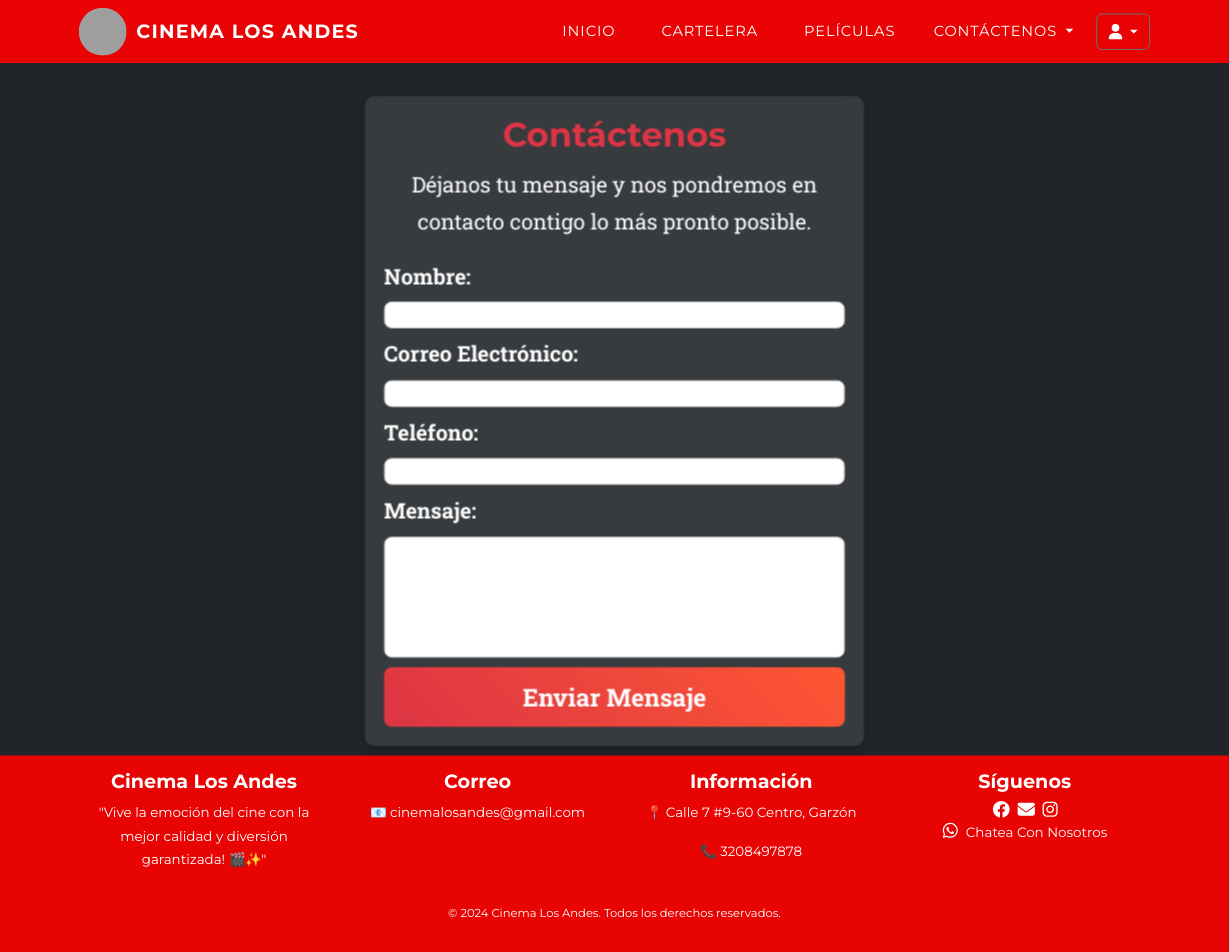
Repository: FelipeADSO/PROYECTO-SENA-FINAL
Page: cinema/templates/contactenos.html
An editor plug-in stored every save of this project. The page is shown before and after the next save, followed by the edit.
The browser window is 1280 px wide. The pictures show the whole page, at 96% of full size.
Pictures or frames that could not be fetched are drawn as grey boxes. Some web libraries are served in a nearby version. The template is drawn by Django 5.2. The application's start-up code is not run. Other server files are loaded and not shown. The template is opened directly, without the code that normally fills it, so the values that code supplies are empty.

Above is the page before, as saved 2025-03-06 07:19:19.

### cinema/templates/contactenos.html
{% extends "base.html" %}
{% load static %}

{% block title %}Contáctenos{% endblock %}

{% block content %}
<link href="{% static 'css/style.css' %}" rel="stylesheet"/>
<style>
    .contacto-container {
        max-width: 520px;
        margin: 60px auto 10px;
        padding: 20px;
        background: rgba(255, 255, 255, 0.1);
        backdrop-filter: blur(10px);
        border-radius: 10px;
        box-shadow: 0 4px 10px rgba(0, 0, 0, 0.2);
        text-align: center;
        margin-top: 100px;
    }

    .contacto-container h2 {
        font-size: 2.2rem;
        color: #dc3545;
        margin-bottom: 10px;
    }

    .contacto-container p {
        font-size: 1.4rem;
        color: #333;
        margin-bottom: 20px;
    }

    form {
        display: flex;
        flex-direction: column;
        gap: 10px;
    }

    label {
        font-size: 1.4rem;
        font-weight: bold;
        color: #333;
        text-align: left;
    }

    input, textarea {
        width: 100%;
        border: 1px solid #ccc;
        border-radius: 8px;
        font-size: 1rem;
    }

    textarea {
        resize: none;
    }

    .btn-submit {
        padding: 12px;
        background: linear-gradient(45deg, #dc3545, #ff5733);
        color: white;
        border: none;
        font-size: 1.6rem;
        font-weight: bold;
        border-radius: 8px;
        cursor: pointer;
        transition: all 0.3s ease;
    }

    .btn-submit:hover {
        transform: scale(1.05);
        box-shadow: 0 4px 10px rgba(255, 87, 51, 0.5);
    }

    .alertas {
        margin-bottom: 20px;
    }

    .alert {
        padding: 12px;
        border-radius: 5px;
        font-size: 1.4rem;
        font-weight: bold;
    }

    .alert.success {
        background-color: rgba(255, 0, 0, 0.9);
        color: white;
    }

    .alert.error {
        background-color: #dc3545;
        color: white;
    }
</style>

<main class="contacto-container">
    <h2>Contáctenos</h2>
    <p style="color: white;">Déjanos tu mensaje y nos pondremos en contacto contigo lo más pronto posible.</p>

    {% if messages %}
        <div class="alertas">
            {% for message in messages %}
                <div class="alert {{ message.tags }}">{{ message }}</div>
            {% endfor %}
        </div>
    {% endif %}

    <form action="{% url 'contactenos' %}" method="POST">
        {% csrf_token %}
        <label for="nombre" style="color: white;">Nombre:</label>
        <input type="text" id="nombre" name="nombre" required>

        <label for="email" style="color: white;">Correo Electrónico:</label>
        <input type="email" id="email" name="email" required>

        <label for="telefono" style="color: white;">Teléfono:</label>
        <input type="tel" id="telefono" name="telefono" required>

        <label for="mensaje" style="color: white;">Mensaje:</label>
        <textarea id="mensaje" name="mensaje" rows="5" required></textarea>

        <button type="submit" class="btn-submit">Enviar Mensaje</button>
    </form>
</main>

<script src="https://cdn.jsdelivr.net/npm/swiper@9/swiper-bundle.min.js"></script>
<script src="https://cdn.jsdelivr.net/npm/bootstrap@5.2.3/dist/js/bootstrap.bundle.min.js"></script>
<script src="{% static 'js/cartelera.js' %}"></script>
<script src="{% static 'js/scripts.js' %}"></script>
<script src="https://use.fontawesome.com/releases/v6.3.0/js/all.js" crossorigin="anonymous"></script>
{% endblock %}

### cinema/templates/base.html
{% load static %}
<!DOCTYPE html>
<html lang="en">
<head>
    <meta charset="utf-8" />
    <meta name="viewport" content="width=device-width, initial-scale=1, shrink-to-fit=no" />
    <meta name="description" content="" />
    <meta name="author" content="" />
    <title>Cinema Los Andes</title>

    <link rel="shortcut icon" type="image/x-icon" href="{% static '/static/imagenes/Logo.jpeg' %}">
    <link href="https://cdn.jsdelivr.net/npm/bootstrap@5.2.3/dist/css/bootstrap.min.css" rel="stylesheet">
    <link href="https://fonts.googleapis.com/css?family=Montserrat:400,700" rel="stylesheet" type="text/css" />
    <link href="https://fonts.googleapis.com/css?family=Roboto+Slab:400,100,300,700" rel="stylesheet" type="text/css" />
    <link href="https://cdnjs.cloudflare.com/ajax/libs/font-awesome/6.0.0/css/all.min.css" rel="stylesheet">

    <link href="{% static 'css/style.css' %}" rel="stylesheet"/>
    <style>
        .dropdown-menu {
    background-color: red !important; /* Fondo rojo */
}

.dropdown-menu .dropdown-item {
    color: white !important; /* Texto en blanco */
}

.dropdown-menu .dropdown-item:hover {
    background-color: darkred !important; /* Color más oscuro al pasar el mouse */
}
    </style>
    {% block style %} {% endblock %}
</head>

<body class="bg-dark text-white d-flex flex-column min-vh-100">

    <!-- MENÚ NAVBAR REDUCIDO -->
    <nav class="navbar navbar-expand-lg navbar-dark fixed-top" id="mainNav"
    style="background-color: rgba(255, 0, 0, 0.9); font-size: 11px; padding: 8px 0;">
    <div class="container d-flex align-items-center justify-content-between">
        <div class="d-flex align-items-center">
            <a href="{% url 'inicio' %}">
                <img src="{% static 'imagenes/logo.jpeg' %}" alt="Logo"
                    style="width: 50px; height: 50px; margin-right: 10px; border-radius: 50px;">
            </a>
            <a class="navbar-brand fw-bold text-white" style="font-size: 20px;" href="{% url 'inicio' %}">
                Cinema Los Andes
            </a>
        </div>

        <button class="navbar-toggler" type="button" data-bs-toggle="collapse" data-bs-target="#navbarResponsive"
            aria-controls="navbarResponsive" aria-expanded="false" aria-label="Toggle navigation">
            <i class="fas fa-bars ms-1"></i>
        </button>

        <div class="collapse navbar-collapse" id="navbarResponsive">
            <ul class="navbar-nav ms-auto text-uppercase align-items-center">
                <li class="nav-item"><a class="nav-link px-3" href="{% url 'inicio' %}">Inicio</a></li>
                <li class="nav-item"><a class="nav-link px-3" href="{% url 'cartelera' %}">Cartelera</a></li>
                <li class="nav-item"><a class="nav-link px-3" href="{% url 'peliculas' %}">Películas</a></li>

                <!-- Menú Desplegable -->
                <li class="nav-item dropdown">
                    <a class="nav-link dropdown-toggle" href="#" id="dropdownMenuButton" role="button"
                       data-bs-toggle="dropdown" aria-expanded="false">
                        Contáctenos
                    </a>
                    <ul class="dropdown-menu" aria-labelledby="dropdownMenuButton">
                        <li><a class="dropdown-item" href="{% url 'somos' %}">Quienes Somos</a></li>
                        <li><a class="dropdown-item" href="{% url 'contactenos' %}">Contáctenos</a></li>
                    </ul>
                </li>

                {% if user.is_authenticated %}
                    <li class="nav-item d-flex align-items-center">
                        <span class="alert mb-0 text-white px-2 py-1 rounded" style="font-size: 14px; line-height: 1.5;">
                            ¡Bienvenido, {{ user.username }}!
                        </span>
                    </li>
                    {% with total_items=request.user.carritoitem_set.count %}
                    {% if total_items > 0 %}
                    <li class="nav-item me-3">
                        <a href="{% url 'ver_carrito' %}" class="nav-link position-relative">
                            <i class="fa-solid fa-cart-shopping"></i>
                            <span class="badge bg-danger position-absolute top-0 start-100 translate-middle">{{ total_items }}</span>
                        </a>
                    </li>
                    {% endif %}
                    {% endwith %}
                {% endif %}
            </ul>
        </div>

        <div class="dropdown ms-3">
            <a class="btn btn-outline-secondary dropdown-toggle text-white" href="#" role="button"
                id="userDropdown" data-bs-toggle="dropdown" aria-expanded="false">
                <i class="fa-solid fa-user"></i>
            </a>
            <ul class="dropdown-menu dropdown-menu-end" aria-labelledby="userDropdown">
                {% if not user.is_authenticated %}
                    <li><a class="dropdown-item" href="{% url 'login' %}">Iniciar sesión</a></li>
                    <li><a class="dropdown-item" href="{% url 'register' %}">Registrarse</a></li>
                {% else %}
                    <li><a class="dropdown-item" href="{% url 'perfil' %}">Perfil de Usuario</a></li>
                    <li>
                        <form method="post" action="{% url 'logout' %}" class="d-inline">
                            {% csrf_token %}
                            <button type="submit" class="dropdown-item">Cerrar Sesión</button>
                        </form>
                    </li>
                {% endif %}
            </ul>
        </div>
    </div>
</nav>


    <!-- CONTENIDO -->
    {% block content %}
    <div class="container my-auto">
        <!-- Aquí va el contenido de cada página -->
    </div>
    {% endblock %}

    <!-- FOOTER REDUCIDO -->
    <footer class="footer text-center"
        style="background-color: rgba(255, 0, 0, 0.9); font-size: 14px; padding: 15px 0;">
        <div class="container">
            <div class="row">
                <div class="col-md-3">
                    <h5 class="text-white">Cinema Los Andes</h5>
                    <p>"Vive la emoción del cine con la mejor calidad y diversión garantizada! 🎬✨"</p>
                </div>
                <div class="col-md-3">
                    <h5 class="text-white">Correo</h5>
                    <p class="text-white">📧 cinemalosandes@gmail.com</p>
                </div>
                <div class="col-md-3">
                    <h5 class="text-white">Información</h5>
                    <p class="text-white">📍 Calle 7 #9-60 Centro, Garzón</p>
                    <p class="text-white">📞 3208497878</p>
                </div>
                <div class="col-md-3">
                    <h5 class="text-white">Síguenos</h5>
                    <div class="d-flex justify-content-center gap-2">
                        <a href="https://facebook.com/cinemalosandes" target="_blank">
                            <i class="fab fa-facebook" style="color: #fff; font-size: 18px;"></i>
                        </a>
                        <a href="mailto:contacto@cinemalosandes.com">
                            <i class="fas fa-envelope" style="color: #fff; font-size: 18px;"></i>
                        </a>
                        <a href="https://instagram.com/cinemalosandes" target="_blank">
                            <i class="fab fa-instagram" style="color: #fff; font-size: 18px;"></i>
                        </a>
                    </div>
                    <a href="https://wa.me/573208497878" target="_blank"
                        style="color: #fff; text-decoration: none; font-size: 14px;">
                        <i class="fab fa-whatsapp" style="color: #fff; font-size: 18px; margin-right: 5px;"></i> Chatea Con Nosotros
                    </a>
                </div>
            </div>
            <p class="text-white mt-3" style="font-size: 12px;">
                &copy; 2024 Cinema Los Andes. Todos los derechos reservados.
            </p>
        </div>
    </footer>

    <!-- SCRIPTS -->
    <script src="https://kit.fontawesome.com/a076d05399.js" crossorigin="anonymous"></script>
    <script src="https://cdn.jsdelivr.net/npm/bootstrap@5.3.0/dist/js/bootstrap.bundle.min.js"></script>
    <script src="https://cdn.jsdelivr.net/npm/bootstrap@5.2.3/dist/js/bootstrap.bundle.min.js"></script>
    <script src="{% static 'js/scripts.js' %}"></script>
    <script src="https://cdn.startbootstrap.com/sb-forms-latest.js"></script>

</body>
</html>

### cinema/static/js/cartelera.js
var swiper = new Swiper(".mySwiper", {
    effect: "coverflow",
    grabCursor: true,
    centeredSlides:true,
    slidesPerView: "auto",
    coverflowEffect: {
        rotate:15,
        strech:0,
        depth:300,
        modifier:1,
        slideShadows: true,
    },
    loop:true
});

### cinema/static/js/scripts.js

window.addEventListener('DOMContentLoaded', event => {

    // Navbar shrink function
    var navbarShrink = function () {
        const navbarCollapsible = document.body.querySelector('#mainNav');
        if (!navbarCollapsible) {
            return;
        }
        if (window.scrollY === 0) {
            navbarCollapsible.classList.remove('navbar-shrink')
        } else {
            navbarCollapsible.classList.add('navbar-shrink')
        }

    };

    // Shrink the navbar
    navbarShrink();

    // Shrink the navbar when page is scrolled
    document.addEventListener('scroll', navbarShrink);

    //  Activate Bootstrap scrollspy on the main nav element
    const mainNav = document.body.querySelector('#mainNav');
    if (mainNav) {
        new bootstrap.ScrollSpy(document.body, {
            target: '#mainNav',
            rootMargin: '0px 0px -40%',
        });
    };

    // Collapse responsive navbar when toggler is visible
    const navbarToggler = document.body.querySelector('.navbar-toggler');
    const responsiveNavItems = [].slice.call(
        document.querySelectorAll('#navbarResponsive .nav-link')
    );
    responsiveNavItems.map(function (responsiveNavItem) {
        responsiveNavItem.addEventListener('click', () => {
            if (window.getComputedStyle(navbarToggler).display !== 'none') {
                navbarToggler.click();
            }
        });
    });

});

Loaded but not shown: cinema/static/css/style.css (library)

After the next save:
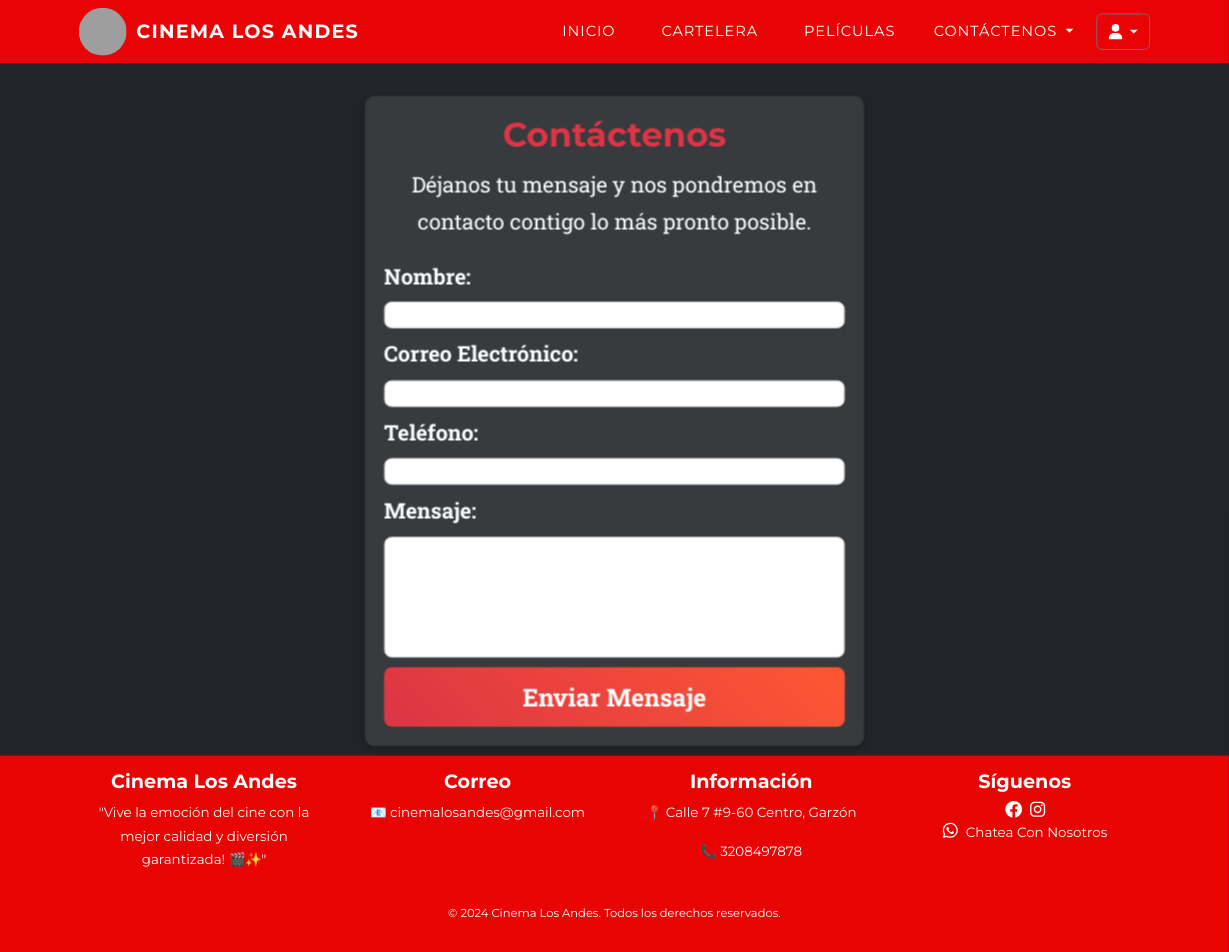
Saved 43 s later.
--- a/cinema/templates/base.html
+++ b/cinema/templates/base.html
@@ -145,9 +145,7 @@
                         <a href="https://facebook.com/cinemalosandes" target="_blank">
                             <i class="fab fa-facebook" style="color: #fff; font-size: 18px;"></i>
                         </a>
-                        <a href="mailto:contacto@cinemalosandes.com">
-                            <i class="fas fa-envelope" style="color: #fff; font-size: 18px;"></i>
-                        </a>
+
                         <a href="https://instagram.com/cinemalosandes" target="_blank">
                             <i class="fab fa-instagram" style="color: #fff; font-size: 18px;"></i>
                         </a>
